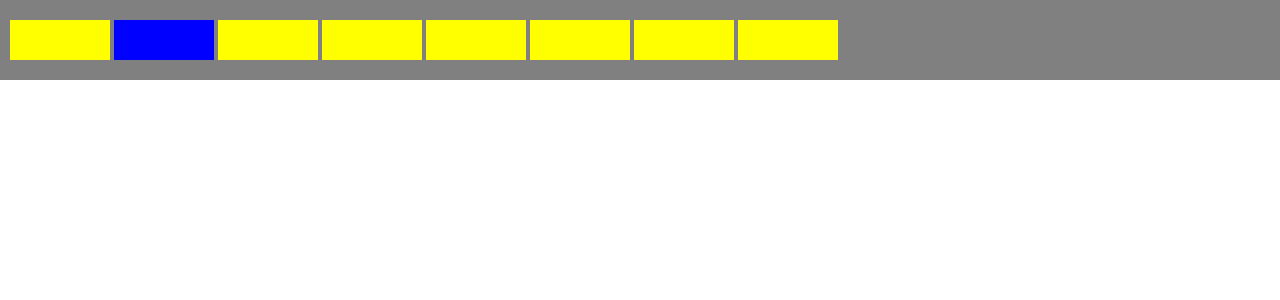
Repository: Bahtiyorovich/javascript-cource
Page: public/classList.html
The author's editor kept a copy of each file at every save. The page is drawn from the files as they stood at one save, then again after a run of saves.
The browser window is 1280 px wide. The pictures show the whole page.

Above is the page before, as saved 2022-12-22 13:07:43.

After the next 7 saves:
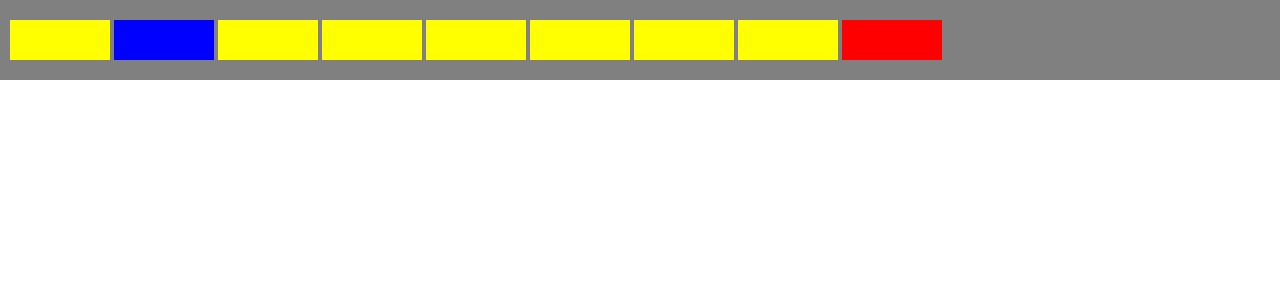
The 7 saves are shown as one change because they came seconds apart.
The last was saved 21 s later.
--- a/src/classList.js
+++ b/src/classList.js
@@ -54,4 +54,5 @@ buttons.forEach((item) => {
 })
 
 const btn = document.createElement('button');
-btn.clas
+btn.classList.add('red')
+wrapper.append(btn)
